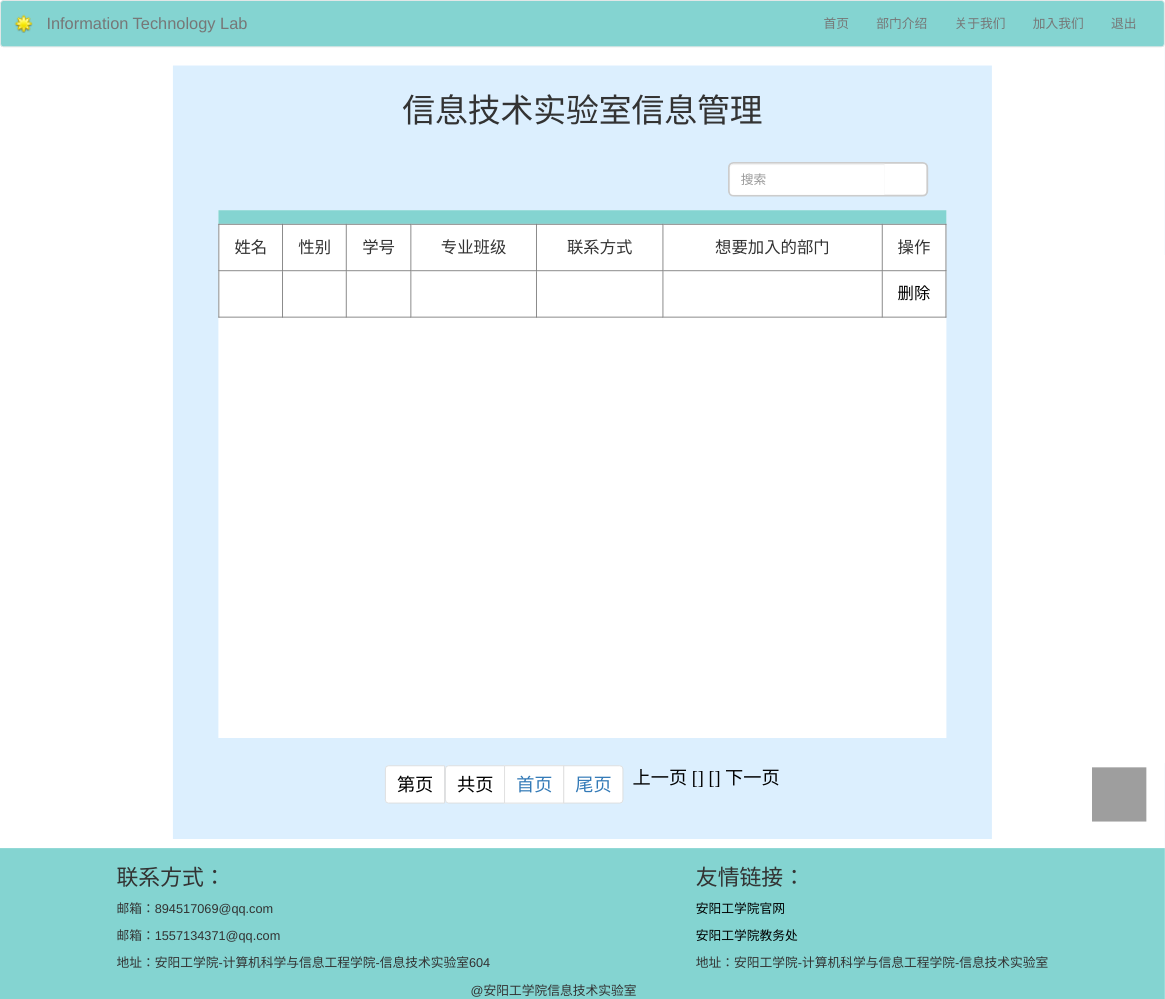
Repository: Z02508102/itl
Page: http://localhost/itl-manager-controller/WEB-INF/page/information.jsp
These files come from the project's save history. The page is drawn as it stood at one moment and after the next save; the edit follows.
The browser window is 1280 px wide. The pictures show the whole page, at 91% of full size.
Pictures or frames that could not be fetched are drawn as grey boxes. Some web fonts or font styles are not loaded; a fallback is used. The page is served by Tomcat 9. Nobody is signed in. Other server files are loaded and not shown. The template is opened directly, without the code that normally fills it, so the values that code supplies are empty.

Above is the page before, as saved 2019-01-06 08:39:26.

### itl-manager/itl-manager-controller/src/main/webapp/WEB-INF/page/information.jsp
<%@ page language="java" contentType="text/html; charset=UTF-8"
	pageEncoding="UTF-8"%>
<!DOCTYPE html PUBLIC "-//W3C//DTD HTML 4.01 Transitional//EN" "http://www.w3.org/TR/html4/loose.dtd">
<html>
<head>
<meta http-equiv="Content-Type" content="text/html; charset=UTF-8">
<meta charset="UTF-8">
<meta http-equiv="X-UA-Compatible" content="IE=edge">
<meta name="viewport" content="width=device-width, initial-scale=1">
<!-- 上述3个meta标签*必须*放在最前面，任何其他内容都*必须*跟随其后！ -->
<title>信息技术实验室</title>

<!-- Bootstrap -->
<!--公用樣式表-->
<link
	href="${pageContext.request.contextPath }/css/bootstrap/dist/css/bootstrap.min.css"
	rel="stylesheet">
<link rel="stylesheet" type="text/css"
	href="${pageContext.request.contextPath }/css/public/style/common.css" />

<!--個人樣式表-->

<link rel="stylesheet" type="text/css"
	href="${pageContext.request.contextPath }/css/source/style/information.css" />


<!--jQuery (necessary for Bootstrap's JavaScript plugins)-->
<script src="https://cdn.bootcss.com/jquery/1.12.4/jquery.min.js"></script>
<!--Include all compiled plugins (below), or include individual files as needed-->
<script
	src="${pageContext.request.contextPath }/css/bootstrap/dist/js/bootstrap.min.js"></script>
<script
	src="${pageContext.request.contextPath }/css/public/javascript/vue.js"></script>
<!-- <script src="source/javascript/shenbao.js"></script> -->


<!-- HTML5 shim and Respond.js for IE8 support of HTML5 elements and media queries -->
<!-- WARNING: Respond.js doesn't work if you view the page via file:// -->
<!--[if lt IE 9]>
	      <script src="https://cdn.bootcss.com/html5shiv/3.7.3/html5shiv.min.js"></script>
	      <script src="https://cdn.bootcss.com/respond.js/1.4.2/respond.min.js"></script>
	  <![endif]-->
</head>

<body>
	<div class="huidaodingbu">
		<a href="#"><img
			src="${pageContext.request.contextPath }/css/public/images/0.1.png" /></a>
	</div>
	<div class="header">
		<nav class="navbar navbar-default beijing ">
		<div class="container-fluid">
			<!-- Brand and toggle get grouped for better mobile display -->
			<div class="navbar-header">
				<button type="button" class="navbar-toggle collapsed"
					data-toggle="collapse" data-target="#bs-example-navbar-collapse-1"
					aria-expanded="false">
					<span class="sr-only">Toggle navigation</span> <span
						class="icon-bar"></span> <span class="icon-bar"></span> <span
						class="icon-bar"></span>
				</button>
				<img class="navbar-brand"
					src="${pageContext.request.contextPath }/css/public/images/3.png" />
				<a class="navbar-brand nav-wenzi" href="#">Information
					Technology Lab</a>
			</div>

			<!-- Collect the nav links, forms, and other content for toggling -->
			<div class="collapse navbar-collapse"
				id="bs-example-navbar-collapse-1">
				<ul class="nav navbar-nav navbar-right">
					<li><a href="/itl/index">首页</a></li>
					<li><a href="/itl/department">部门介绍</a></li>
					<li><a href="/itl/about">关于我们</a></li>
					<li><a href="/itl/join">加入我们</a></li>
					<li><a id="logout" href="">退出</a></li>
				</ul>
				<script type="text/javascript">
					$(function(){
						//退出登录
						alert("a");
						$("#logout").click(function(){
							alert("b");
							$.messager.confirm('系统提示','您确定要退出本次登录吗?',function(isConfirm) {
								alert("c");
								if (isConfirm) {
									alert("d");
									location.href = '/itl/user/logout';
									alert("e");
								}
							});
						});
					});
				</script>
			</div>
			<!-- /.navbar-collapse -->
		</div>
		<!-- /.container-fluid --> </nav>
	</div>

	<div class="main">
		<div class="title">
			<h1>信息技术实验室信息管理</h1>
			<form
				action="${pageContext.request.contextPath }/FindByNameServlet?method=findByNameInfo"
				method="post" name="Form">
				<div class="input-group" id="find">

					<input id="sname" name="sname" type="text" class="form-control"
						placeholder="搜索" /> <span id="search"
						class="glyphicon glyphicon-search btn" onclick="submitBtnClick()"></span>
					<script type="text/javascript">
						function submitBtnClick() {
							document.Form.submit();
						}
					</script>

				</div>
			</form>

			<!-- FindByNameServlet -->
		</div>
		<div class="mingdan" id="box">
			<table border='1'>
				<tr>
					<td>姓名</td>
					<td>性别</td>
					<td>学号</td>
					<td>专业班级</td>
					<td>联系方式</td>
					<td>想要加入的部门</td>
					<c:if
						test="${user.username == '2bdb74e826e370869325a791639b9920' }">
						<td>操作</td>
					</c:if>
				</tr>
				<c:forEach items="${pb.beanlist}" var="list">
					<tr>
						<td><a
							href="<c:url value='/FindByUid?method=query&uid=${list.uid}'/> ">
								${list.name}</a></td>
						<td>${list.sex}</td>
						<td>${list.xh}</td>
						<td>${list.zy}</td>
						<td>${list.tel}</td>
						<td>${list.bm}</td>
						<c:if
							test="${user.username == '2bdb74e826e370869325a791639b9920' }">
							<td><a class="red"
								href="<c:url value='/FindByUid?method=delete&uid=${list.uid}'/>">删除</a></td>
						</c:if>
					</tr>
				</c:forEach>
			</table>
			<br>
		</div>
		<center>
			<ul class="pagination">
				<li><a style="color: black;">第${pb.pc}页</a> &nbsp;<a
					style="color: black;">共${pb.tp}页</a></li>
				<li><c:if test="${pb.pc>1}">
						<a href="<c:url value='/FindAllServlet?pc=${pb.pc-1}'/> ">上一页</a>
					</c:if></li>
				<li><a href="<c:url value='/FindAllServlet?pc=1'/> ">首页</a></li>

				<li><c:choose>
						<c:when test="${pb.tp<=5}">
							<c:set var="begin" value="1"></c:set>
							<c:set var="end" value="${pb.tp}"></c:set>
						</c:when>
						<c:otherwise>
							<c:set var="begin" value="${pb.pc-2}"></c:set>
							<c:set var="end" value="${pb.pc+2}"></c:set>
							<c:if test="${begin<1}">
								<c:set var="begin" value="1"></c:set>
								<c:set var="end" value="5"></c:set>
							</c:if>
							<c:if test="${end>pb.tp}">
								<c:set var="begin" value="${pb.tp-4}"></c:set>
								<c:set var="end" value="${pb.tp}"></c:set>
							</c:if>
						</c:otherwise>
					</c:choose></li>
				<li><c:forEach var="i" begin="${begin}" end="${end}">
						<c:choose>
							<c:when test="${i eq pb.pc}">
								<a style="color: black;">[${i}]</a>
							</c:when>
							<c:otherwise>
								<a href="<c:url value='/FindAllServlet?pc=${i}'/> "> [${i}]</a>
							</c:otherwise>
						</c:choose>
					</c:forEach></li>
				<li><c:if test="${pb.pc<pb.tp}">
						<a href="<c:url value='/FindAllServlet?pc=${pb.pc+1}'/> ">下一页</a>
					</c:if></li>
				<li><a href="<c:url value='/FindAllServlet?pc=${pb.tp}'/> ">尾页</a></li>
			</ul>
		</center>
	</div>




	<div class="footer beijing">
		<div class="footer-left">
			<h3>联系方式：</h3>
			<p>邮箱：894517069@qq.com</p>
			<p>邮箱：1557134371@qq.com</p>
			<p>地址：安阳工学院-计算机科学与信息工程学院-信息技术实验室604</p>
		</div>
		<div class="footer-right">
			<h3>友情链接：</h3>
			<p>
				<a href="#">安阳工学院官网</a>
			</p>
			<p>
				<a href="#">安阳工学院教务处</a>
			</p>
			<p>地址：安阳工学院-计算机科学与信息工程学院-信息技术实验室</p>
		</div>
		<div class="yuanzi">
			<p>@安阳工学院信息技术实验室</p>
		</div>
	</div>
</body>
</html>

### itl-manager/itl-manager-controller/src/main/webapp/css/public/style/common.css

*{
	margin: 0;
	padding: 0;
}
body{
	position: relative;
}

a{

	text-decoration: none;
	color: #000000;
}
a:hover{
	text-decoration: none !important;
}
li{
	list-style: none;
}
.fl{
	float: left;
}
.fr{
	float: right;
}
.cb{
	clear: both;
}

.beijing{
	background: #84d4d1;
}
@media only screen and (min-width: 769px) {
	.huidaodingbu img{
		position: absolute;
		right: 20px;
		bottom: 195px;
		width: 60px;
		height: 60px;
	}
	.footer {
		margin-top: 10px;
		background: #84d4d1;
		padding-left: 10%;
		padding-right: 10%;
	}
	.footer-left {
		float: left;
	}
	.footer-right {
		float: right;
	}

	.footer-left p{
		font-size: 14px;
	}
	.yuanzi{
		clear: both;
		margin-left: 38%;
	}
	.yuanzi p{
		margin: 0;
	}
}

@media only screen and (min-width: 100px) and (max-width: 768px) {
	.nav-wenzi{
		font-size: 13px;
	}
	.footer{
		padding-top: 3px;
		font-size: 13px;
		background: #84d4d1;
		padding-left: 7%;
		margin-bottom: 0 !important;
		padding-bottom: 0 !important;
	}
	.yuanzi{
		margin-left: 20%;
	}
	.yuanzi p{
		margin: 0;
	}
	.huidaodingbu{
		display: none;
	}
}

### itl-manager/itl-manager-controller/src/main/webapp/css/source/style/information.css
.main{
	width: 900px;
	height: 850px;
	margin: 0 auto;
	background: #dceffe;
	text-align: center;
}
.main h1{
	padding-top:30px;
	/*margin: 0 auto;*/
}



.mingdan{
	width: 800px;
	height: 580px;
	margin: 15px auto 0 auto;
	background: #ffffff;
	border-top: 15px solid #84d4d1;
}
table{
	width:800px;
}
table td{
	height:50px;
	line-height:50px;
	font-size:18px;
	font-family:"microsoft yahei";
}
.red:hover{color:red}
center {
	margin-top:10px;
	font-size:20px;
	font-family:"microsoft yahei";
}
#find{
	width: 220px;
	margin-top:36px;
	margin-left: 610px;
	border: 2px solid #ccc;
	background:white;
	border-radius:6px;
}
#sname{
	width: 170px;
	border-width: 0;
}
#sname:focus{
	outline:none;
	box-shadow: none;
}
#search{
	border-radius:0px;
}

Loaded but not shown: itl-manager/itl-manager-controller/src/main/webapp/css/bootstrap/dist/css/bootstrap.min.css (library); itl-manager/itl-manager-controller/src/main/webapp/css/bootstrap/dist/js/bootstrap.min.js (library); itl-manager/itl-manager-controller/src/main/webapp/css/public/javascript/vue.js (library)

After the next save:
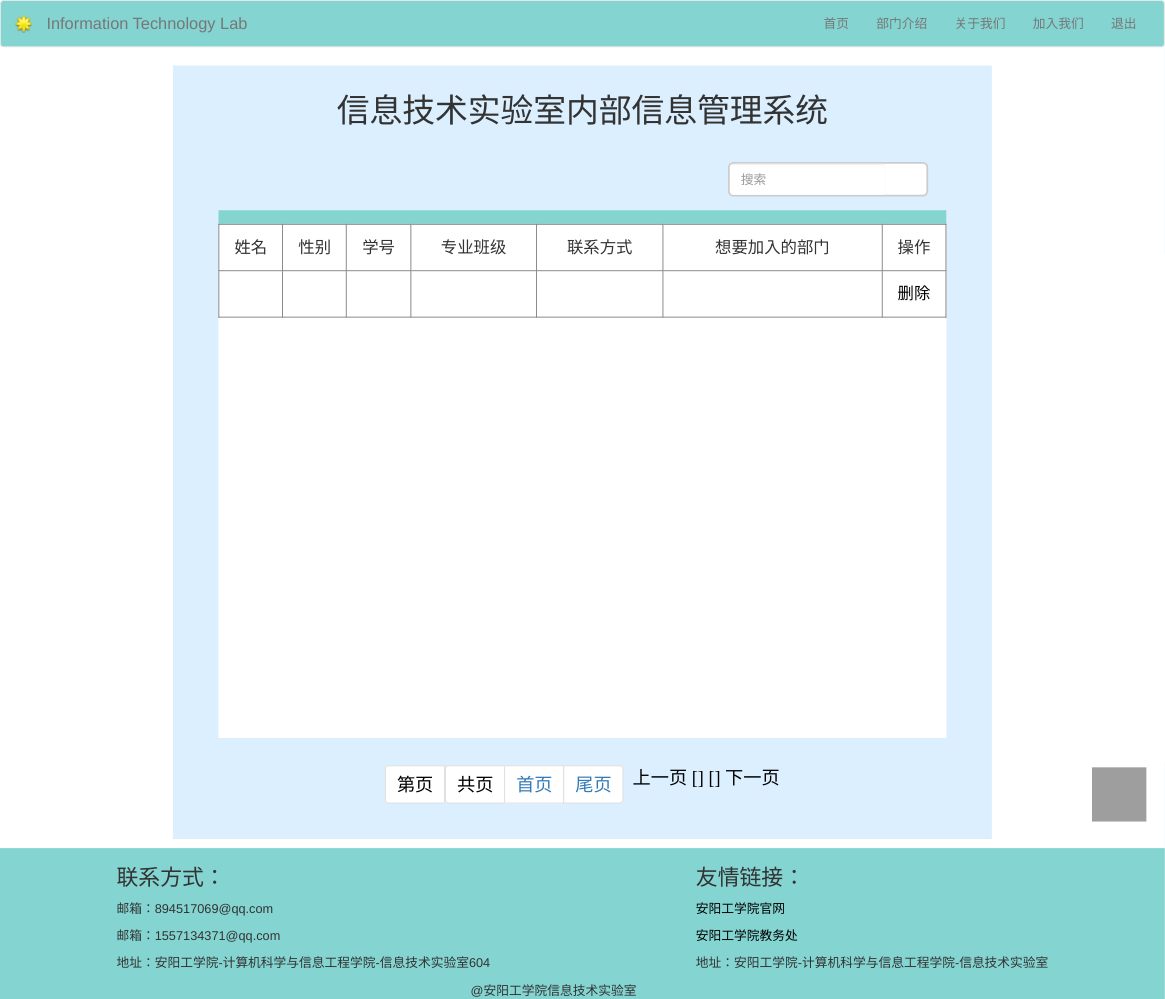
Console error: ReferenceError: $ is not defined
Saved 6 min 23 s later.
--- a/itl-manager/itl-manager-controller/src/main/webapp/WEB-INF/page/information.jsp
+++ b/itl-manager/itl-manager-controller/src/main/webapp/WEB-INF/page/information.jsp
@@ -23,15 +23,6 @@
 <link rel="stylesheet" type="text/css"
 	href="${pageContext.request.contextPath }/css/source/style/information.css" />
 
-
-<!--jQuery (necessary for Bootstrap's JavaScript plugins)-->
-<script src="https://cdn.bootcss.com/jquery/1.12.4/jquery.min.js"></script>
-<!--Include all compiled plugins (below), or include individual files as needed-->
-<script
-	src="${pageContext.request.contextPath }/css/bootstrap/dist/js/bootstrap.min.js"></script>
-<script
-	src="${pageContext.request.contextPath }/css/public/javascript/vue.js"></script>
-<!-- <script src="source/javascript/shenbao.js"></script> -->
 
 
 <!-- HTML5 shim and Respond.js for IE8 support of HTML5 elements and media queries -->
@@ -73,24 +64,27 @@
 					<li><a href="/itl/department">部门介绍</a></li>
 					<li><a href="/itl/about">关于我们</a></li>
 					<li><a href="/itl/join">加入我们</a></li>
-					<li><a id="logout" href="">退出</a></li>
+					<li><a href="" onclick="logout()">退出</a></li>
 				</ul>
 				<script type="text/javascript">
+
 					$(function(){
-						//退出登录
-						alert("a");
-						$("#logout").click(function(){
-							alert("b");
-							$.messager.confirm('系统提示','您确定要退出本次登录吗?',function(isConfirm) {
-								alert("c");
-								if (isConfirm) {
-									alert("d");
-									location.href = '/itl/user/logout';
-									alert("e");
-								}
-							});
-						});
+
+						function logout()
+						{
+						     //利用对话框返回的值 （true 或者 false）
+						    if(confirm("您确定退出吗"))
+						    {
+						        //如果是true ，那么就把页面转向thcjp.cnblogs.com
+						        location.href="/itl/user/logout";
+						     }
+						    else
+						    {
+						      alert("取消");
+						    }
+						}
 					});
+
 				</script>
 			</div>
 			<!-- /.navbar-collapse -->
@@ -98,9 +92,10 @@
 		<!-- /.container-fluid --> </nav>
 	</div>
 
+
 	<div class="main">
 		<div class="title">
-			<h1>信息技术实验室信息管理</h1>
+			<h1>信息技术实验室内部信息管理系统</h1>
 			<form
 				action="${pageContext.request.contextPath }/FindByNameServlet?method=findByNameInfo"
 				method="post" name="Form">
@@ -223,5 +218,19 @@
 			<p>@安阳工学院信息技术实验室</p>
 		</div>
 	</div>
+
+
+
+	<!--jQuery (necessary for Bootstrap's JavaScript plugins)-->
+	<script src="https://cdn.bootcss.com/jquery/1.12.4/jquery.min.js"></script>
+	<!--Include all compiled plugins (below), or include individual files as needed-->
+	<script
+		src="${pageContext.request.contextPath }/css/bootstrap/dist/js/bootstrap.min.js"></script>
+	<script
+		src="${pageContext.request.contextPath }/css/public/javascript/vue.js"></script>
+	<!-- <script src="source/javascript/shenbao.js"></script> -->
+
+
+
 </body>
 </html>
